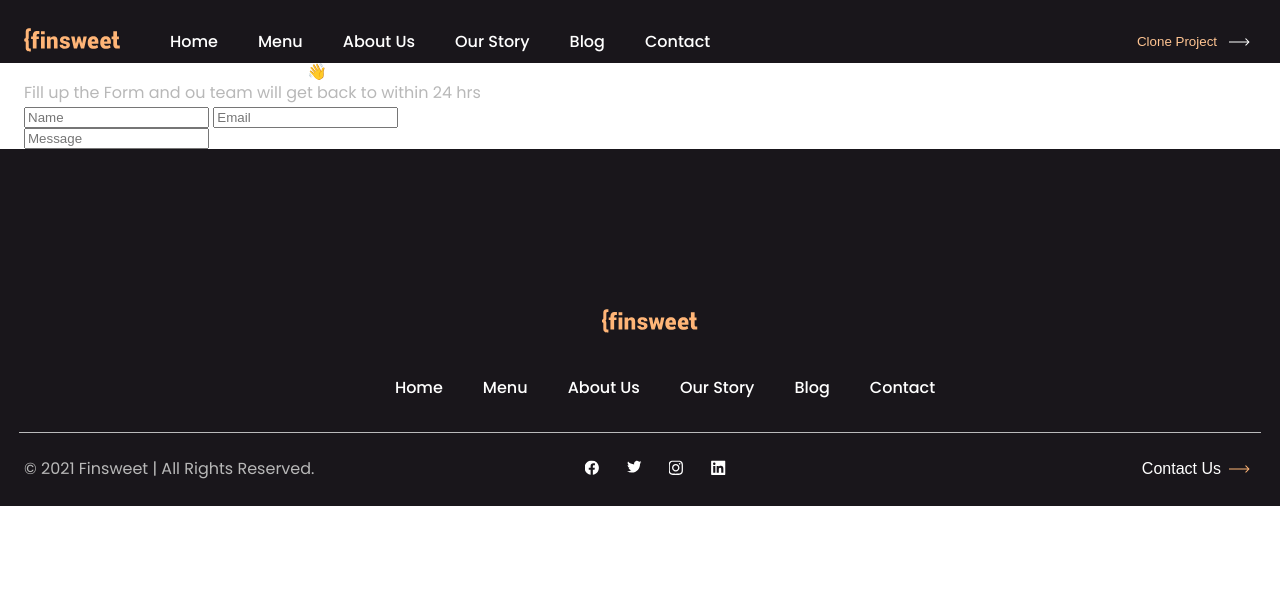
Repository: Minns-Cao/project-finsweet
Page: contact.html
These files come from the project's save history. The page is drawn as it stood at one moment and after the next save; the edit follows.
The browser window is 1280 px wide. The pictures show the whole page.
Some web fonts or font styles are not loaded; a fallback is used.

Above is the page before, as saved 2023-05-05 13:45:29.

### contact.html
<!DOCTYPE html>
<html lang="en">
    <head>
        <meta charset="UTF-8" />
        <meta http-equiv="X-UA-Compatible" content="IE=edge" />
        <meta name="viewport" content="width=device-width, initial-scale=1.0" />
        <title>Finsweet</title>
        <!-- Reset CSS -->
        <link rel="stylesheet" href="./assets/css/reset.css" />
        <!-- Style -->
        <link rel="stylesheet" href="./assets/css/style.css" />
        <link rel="stylesheet" href="./assets/css/style_contact.css" />
        <!-- Fonts -->
        <link rel="preconnect" href="https://fonts.googleapis.com" />
        <link rel="preconnect" href="https://fonts.gstatic.com" crossorigin />
        <link
            href="https://fonts.googleapis.com/css2?family=Playfair+Display:ital,wght@0,400;0,500;0,600;0,700;0,800;0,900;1,400;1,500;1,600;1,700;1,800;1,900&family=Poppins:ital,wght@0,300;0,400;0,500;0,600;1,300;1,400;1,500;1,600&display=swap"
            rel="stylesheet"
        />
    </head>
    <body>
        <!-- ========================================Contact Page================================================ -->
        <!-- Header -->
        <header class="fixed header">
            <div class="main-content">
                <div class="body">
                    <!-- Logo -->
                    <a href="./index.html"
                        ><img
                            src="./assets/img/Logo.svg"
                            alt="logo"
                            class="logo"
                    /></a>
                    <!-- Navigation -->
                    <div class="nav">
                        <ul>
                            <li>
                                <a href="./index.html">Home</a>
                            </li>
                            <li>
                                <a href="./menu.html">Menu</a>
                            </li>
                            <li>
                                <a href="./aboutUs.html">About Us</a>
                            </li>
                            <li>
                                <a href="./ourStory.html">Our Story</a>
                            </li>
                            <li>
                                <a href="./blog.html">Blog</a>
                            </li>
                            <li>
                                <a href="./contact.html">Contact</a>
                            </li>
                        </ul>
                    </div>
                    <!-- Action -->
                    <button class="action">
                        <span class="label">Clone Project</span>
                        <img
                            src="./assets/img/arrow-to-right.svg"
                            alt="arrow-to-right"
                            class="arrow-to-right"
                        />
                    </button>

                    <!-- Navigation Mobile -->
                    <label for="nav-mb-checkbox" class="nav-mb-btn">
                        <svg
                            xmlns="http://www.w3.org/2000/svg"
                            viewBox="0 0 448 512"
                            width="32"
                            height="32"
                        >
                            <path
                                d="M0 96C0 78.3 14.3 64 32 64H416c17.7 0 32 14.3 32 32s-14.3 32-32 32H32C14.3 128 0 113.7 0 96zM0 256c0-17.7 14.3-32 32-32H416c17.7 0 32 14.3 32 32s-14.3 32-32 32H32c-17.7 0-32-14.3-32-32zM448 416c0 17.7-14.3 32-32 32H32c-17.7 0-32-14.3-32-32s14.3-32 32-32H416c17.7 0 32 14.3 32 32z "
                                fill="#FFB577"
                            />
                        </svg>
                    </label>

                    <input
                        class="nav-input"
                        type="checkbox"
                        name="nav-mb-checkbox"
                        id="nav-mb-checkbox"
                    />

                    <label for="nav-mb-checkbox" class="nav_overlay"></label>

                    <div class="nav-mb">
                        <div class="exit-bar">
                            <!-- Logo -->
                            <a href="./index.html"
                                ><img
                                    src="./assets/img/Logo.svg"
                                    alt="logo"
                                    class="logo"
                            /></a>
                            <!-- exit button -->
                            <label for="nav-mb-checkbox">
                                <svg
                                    xmlns="http://www.w3.org/2000/svg"
                                    viewBox="0 0 512 512"
                                    width="32"
                                    height="32"
                                    class="exit-btn"
                                >
                                    <path
                                        d="M256 512A256 256 0 1 0 256 0a256 256 0 1 0 0 512zM175 175c9.4-9.4 24.6-9.4 33.9 0l47 47 47-47c9.4-9.4 24.6-9.4 33.9 0s9.4 24.6 0 33.9l-47 47 47 47c9.4 9.4 9.4 24.6 0 33.9s-24.6 9.4-33.9 0l-47-47-47 47c-9.4 9.4-24.6 9.4-33.9 0s-9.4-24.6 0-33.9l47-47-47-47c-9.4-9.4-9.4-24.6 0-33.9z"
                                        fill="#FFB577"
                                    />
                                </svg>
                            </label>
                        </div>
                        <ul>
                            <li>
                                <a href="./index.html">Home</a>
                            </li>
                            <li>
                                <a href="./menu.html">Menu</a>
                            </li>
                            <li>
                                <a href="./aboutUs.html">About Us</a>
                            </li>
                            <li>
                                <a href="./ourStory.html">Our Story</a>
                            </li>
                            <li>
                                <a href="./blog.html">Blog</a>
                            </li>
                            <li>
                                <a href="./contact.html">Contact</a>
                            </li>
                        </ul>
                    </div>
                </div>
            </div>
        </header>
        <!-- Main -->
        <main>
            <!-- contactUs -->
            <div class="contact-us">
                <div class="main-content">
                    <div class="left-column">
                        <h2 class="heading">Have a Question ?
                            Get in Touch with us 👋</h2>
                        <p class="desc">Fill up the Form  and ou team will get back to within 24 hrs</p>
                        <div class="input">
                            <div class="input-info">
                                <input type="text" class="inp-name" placeholder="Name"/>
                                <input type="text" class="inp-email" placeholder="Email" />
                            </div>
                            <input type="text" class="inp-msg" placeholder="Message">
                        </div>

                    </div>
                    <div class="right-column"></div>
                </div>
            </div>
        </main>
        <!-- Footer -->
        <footer class="footer">
            <div class="main-content">
                <div class="body">
                    <!-- Logo -->
                    <a href="#"
                        ><img
                            src="./assets/img/Logo.svg"
                            alt="logo"
                            class="logo"
                    /></a>
                    <!-- Navigation -->
                    <div class="nav">
                        <ul>
                            <li>
                                <a href="./index.html">Home</a>
                            </li>
                            <li>
                                <a href="#">Menu</a>
                            </li>
                            <li>
                                <a href="./aboutUs.html">About Us</a>
                            </li>
                            <li>
                                <a href="./ourStory.html">Our Story</a>
                            </li>
                            <li>
                                <a href="./blog.html">Blog</a>
                            </li>
                            <li>
                                <a href="./contact.html">Contact</a>
                            </li>
                        </ul>
                    </div>
                    <!-- Contact-Footer -->
                    <div class="contact-footer">
                        <!-- Copyright -->
                        <div class="container">
                            <p class="copyright">
                                © 2021 Finsweet | All rights reserved.
                            </p>
                        </div>
                        <!-- Socials -->
                        <div class="socials-list">
                            <div class="social">
                                <img
                                    src="./assets/img/icon/icon_facebook.svg"
                                    alt="icon_facebook"
                                />
                            </div>
                            <div class="social">
                                <img
                                    src="./assets/img/icon/icon_twitter.svg"
                                    alt="icon_twitter"
                                />
                            </div>
                            <div class="social">
                                <img
                                    src="./assets/img/icon/icon_instagram.svg"
                                    alt="icon_instagram"
                                />
                            </div>
                            <div class="social">
                                <img
                                    src="./assets/img/icon/icon_linkin.svg"
                                    alt="icon_linkin"
                                />
                            </div>
                        </div>
                        <!-- action -->
                        <button
                            class="action"
                            onclick="window.location.href='./contact.html'"
                        >
                            <span class="label-med">Contact Us</span>
                            <svg
                                width="21"
                                height="8"
                                viewBox="0 0 21 8"
                                fill="none"
                                xmlns="http://www.w3.org/2000/svg"
                            >
                                <path
                                    d="M20.3536 4.35355C20.5488 4.15829 20.5488 3.84171 20.3536 3.64645L17.1716 0.464466C16.9763 0.269204 16.6597 0.269204 16.4645 0.464466C16.2692 0.659728 16.2692 0.976311 16.4645 1.17157L19.2929 4L16.4645 6.82843C16.2692 7.02369 16.2692 7.34027 16.4645 7.53553C16.6597 7.7308 16.9763 7.7308 17.1716 7.53553L20.3536 4.35355ZM0 4.5L20 4.5V3.5L0 3.5L0 4.5Z"
                                    fill="#FFB577"
                                />
                            </svg>
                        </button>
                    </div>
                </div>
            </div>
        </footer>
    </body>
</html>

### assets/css/style.css
* {
    box-sizing: border-box;
}

:root {
    --primary-color: #ffb577;
    --background-color: #19161b;
    --font-heading: Playfair Display, "serif";
}

html,
body {
    scroll-behavior: smooth;
}

html {
    font-size: 62.5%;
}

body {
    font-size: 1.6rem;
    font-family: "Poppins", sans-serif;
}

/* ================common=================*/
.main-content {
    width: 1280px;
    max-width: calc(100% - 48px);
    margin-left: auto;
    margin-right: auto;
}

a {
    text-decoration: none;
}

.btn {
    border: none;
    background: #ffb577;
    padding: 12px 24px;
}

.label-med {
    margin-right: 8px;
    font-weight: 500;
    font-size: 1.6rem;
    line-height: 1.5;
    color: #2e2d33;
}

.label-extransmall {
    font-weight: 500;
    font-size: 1.2rem;
    line-height: 1.33;
    color: #ffffff;
}

.heading {
    font-family: var(--font-heading);
    font-style: normal;
    color: #ffffff;
}

.lv1 {
    font-weight: 700;
    font-size: 5.6rem;
    line-height: 1.21;
}

.lv2 {
    font-weight: 700;
    font-size: 4.8rem;
    line-height: 1.21;
}

.lv3 {
    font-weight: 700;
    font-size: 3.3rem;
    line-height: 1.5;
}

.lv4 {
    font-weight: 700;
    font-size: 2rem;
    line-height: 1.5;
}

.lv5 {
    font-weight: 700;
    font-size: 1.4rem;
    line-height: 1.5;
}

.desc {
    font-weight: 400;
    font-size: 1.6rem;
    line-height: 1.75;
    color: #b8b8b8;
}

.caption {
    position: relative;
    display: inline-block;
    font-family: var(--font-heading);
    font-weight: 400;
    font-size: 1.6rem;
    line-height: 1.5;
    color: #ffb577;
}

.caption::after {
    position: absolute;
    content: "";
    display: block;
    width: 48px;
    border: 0.5px solid #ffffff;
    top: 50%;
    right: calc(-48px - 16px);
}

/* ================Header=================*/
.fixed {
    position: sticky;
    top: -20px;
    z-index: 1;
}

.header {
    background-color: var(--background-color);
}

.header .body {
    display: flex;
    align-items: center;
    padding: 28px 0px 8px;
}

.nav ul {
    display: flex;
    gap: 40px;
    margin-left: 50px;
}

.nav li a {
    font-weight: 500;
    font-size: 1.6rem;
    line-height: 1.5;
    color: #ffffff;
}

.header .action {
    display: flex;
    justify-content: center;
    align-items: center;
    margin-left: auto;
    border: none;
    background-color: var(--background-color);
}

.header .action .label {
    margin-right: 12px;
    color: #ffc492;
}

.header .nav-mb-btn {
    display: none;
}

.header .nav-mb {
    position: fixed;
    background-color: var(--background-color);
    top: 0;
    right: 0;
    width: 320px;
    max-width: 100%;
    height: 100vh;
    z-index: 1;
    padding: 26px;
    transform: translateX(100%);
    transition: transform ease-in 0.2s;
}

.nav_overlay {
    display: none;
    position: fixed;
    top: 0;
    right: 0;
    left: 0;
    bottom: 0;
    background-color: rgba(0, 0, 0, 0.5);
    animation: fadeIn linear 0.5s;
}

.nav-input {
    display: none;
}

/* ================Footer=================*/

.footer {
    background-color: var(--background-color);
    padding-top: 160px;
    padding-bottom: 24px;
}

.footer .logo {
    display: block;
    margin-left: auto;
    margin-right: auto;
    transform: translateX(+10%);
}

.footer .nav {
    position: relative;
    display: flex;
    justify-content: center;
    align-items: center;

    margin-top: 43px;
}

.footer .nav::after {
    position: absolute;
    content: "";
    display: block;
    width: 97vw;
    height: 0.5px;
    background-color: #fff;
    bottom: -32px;
    opacity: 0.7;
}

.contact-footer {
    display: flex;
    justify-content: space-between;
    align-items: center;
    margin-top: 56px;
}

.contact-footer .copyright {
    font-weight: 400;
    font-size: 1.6rem;
    line-height: 1.5;
    text-transform: capitalize;
    color: #b8b8b8;
}

.contact-footer .socials-list {
    display: flex;
    gap: 27px;
    transform: translateX(-50%);
}

.contact-footer .action {
    display: flex;
    justify-content: center;
    align-items: center;
    border: none;
    background-color: var(--background-color);
}

.contact-footer .action .label-med {
    color: #ffffff;
}

/* ==================Responsive==================== */

@media (max-width: 768px) {
    /* Responsive Header */
    .header .nav,
    .header .action {
        display: none;
    }

    .header .nav-mb-btn {
        display: block;
        margin-left: auto;
    }

    .nav-input:checked ~ .nav_overlay {
        display: block;
    }

    .nav-input:checked ~ .nav-mb {
        transform: translateX(0);
    }

    .nav-mb .exit-bar {
        position: relative;
        display: flex;
        justify-content: space-between;
        align-items: center;
        margin-bottom: 40px;
    }

    .nav-mb .exit-bar::after {
        position: absolute;
        content: "";
        bottom: -20px;
        width: 100%;
        border: 0.5px solid #fff;
    }

    .nav-mb ul {
        display: flex;
        flex-direction: column;
        justify-content: center;
        align-items: center;
        gap: 40px;
    }

    .nav-mb li a {
        font-weight: 500;
        font-size: 1.6rem;
        line-height: 1.5;
        color: #ffffff;
    }

    /* ==================Responsive-Footer================== */
    .footer .logo {
        display: none;
    }

    .footer .nav ul {
        flex-direction: column;
        justify-content: center;
        align-items: center;
        margin-left: 0;
    }

    .contact-footer {
        flex-direction: column-reverse;
        justify-content: center;
        align-items: center;
        gap: 10px;
    }

    .contact-footer .socials-list {
        justify-content: center;
        align-items: center;
        transform: translateX(0);
    }

    /* ================Responsive-Contact=================*/

    .contact .body {
        flex-direction: column;
    }

    .contact .body .img-map {
        width: 100%;
        object-fit: cover;
    }
}

@media (max-width: 430px) {
    /* ================Moblie-Responsive-Contact=================*/
    .contact .container {
        padding: 20px !important;
    }
}

@keyframes fadeIn {
    from {
        opacity: 0;
    }
    to {
        opacity: 1;
    }
}

Loaded but not shown: assets/css/reset.css (common file); assets/css/style_contact.css (no stored copy; drawn as an empty file)

After the next save:
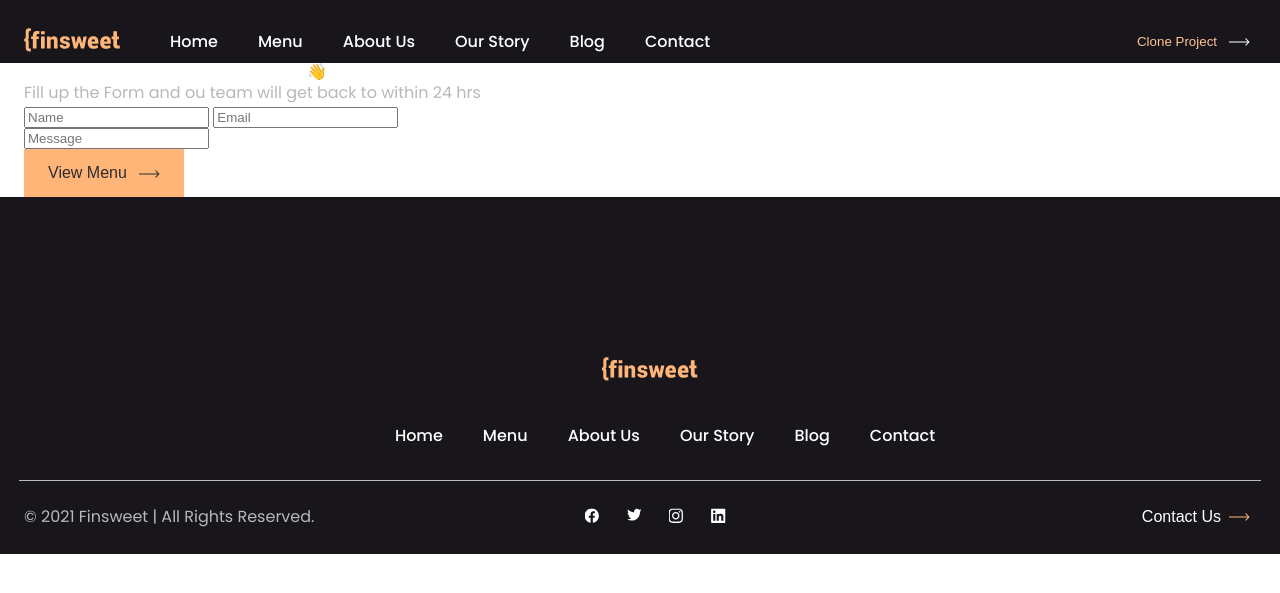
Saved 71 s later.
--- a/contact.html
+++ b/contact.html
@@ -153,7 +153,17 @@
                             </div>
                             <input type="text" class="inp-msg" placeholder="Message">
                         </div>
-
+                        <button
+                                onclick="window.location.href='./menu.html'"
+                                class="btn"
+                            >
+                                <span class="label-med">View Menu</span>
+                                <img
+                                    src="./assets/img/arrow-to-right-black.svg"
+                                    alt="arrow-to-right"
+                                    class="arrow-to-right"
+                                />
+                            </button>
                     </div>
                     <div class="right-column"></div>
                 </div>
